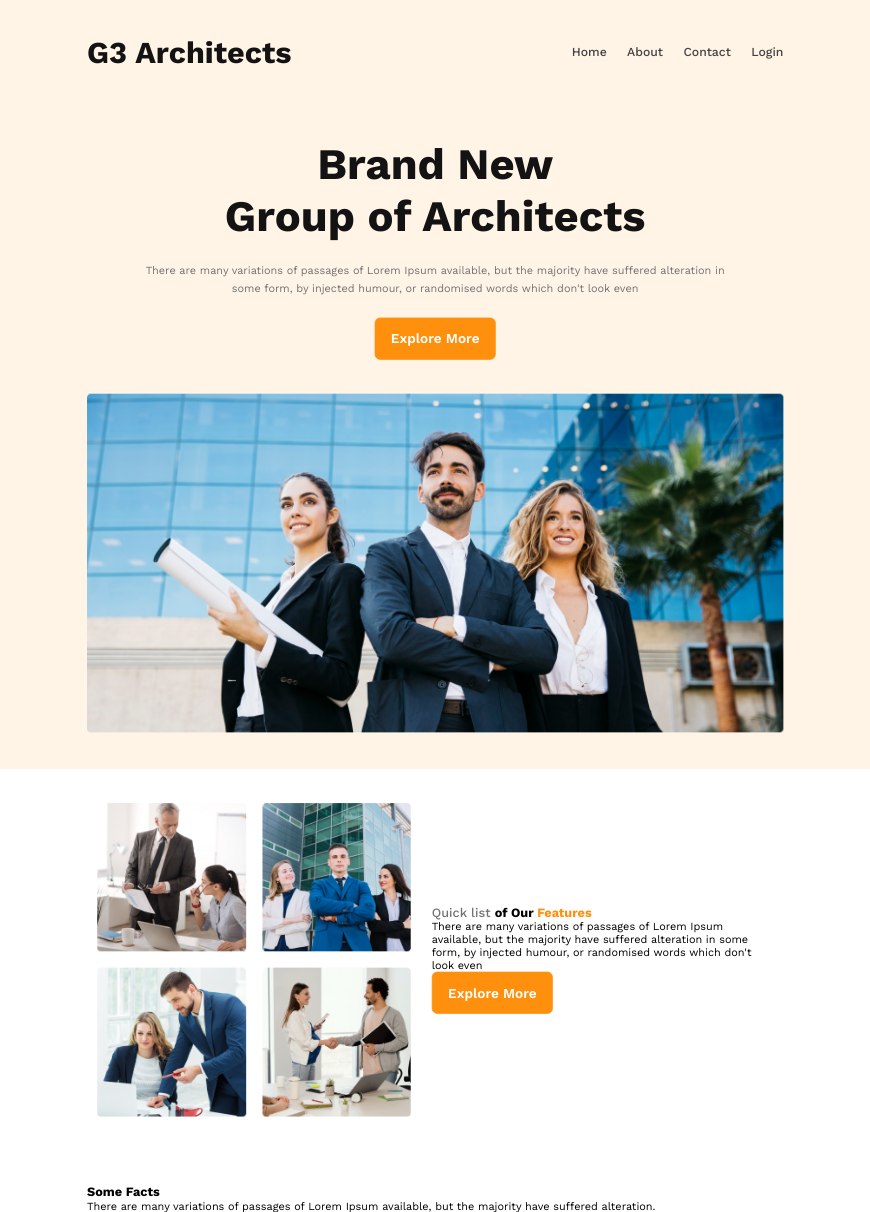
Repository: ShouravAhammed/G3-architects-webpage
Page: index.html
An editor plug-in stored every save of this project. The page is shown before and after the next save, followed by the edit.
The browser window is 1280 px wide. The pictures show the whole page, at 68% of full size.

Above is the page before, as saved 2024-01-13 01:27:11.

After the next save:
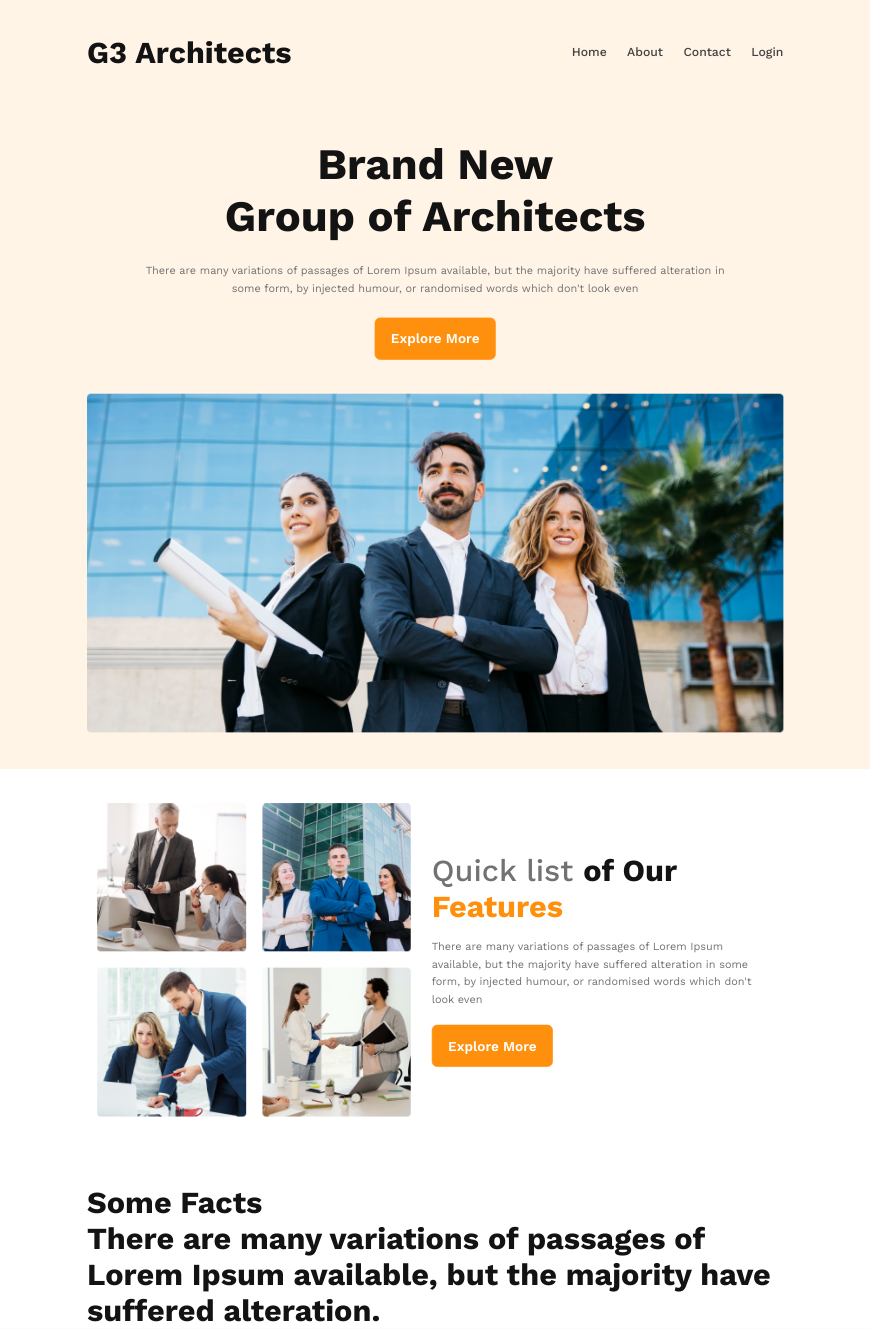
Saved 36 s later.
--- a/index.html
+++ b/index.html
@@ -42,8 +42,8 @@
                         <img src="images/team4.png" alt="team4-img">
                     </div>
                     <div class="team-text">
-                        <h3 class="team-title"> <span id="gray-font">Quick list </span>of Our <span id="yellow-font">Features</span></h3>
-                        <p class="team-description">There are many variations of passages of Lorem Ipsum available, but the majority have suffered alteration in some form, by injected humour, or randomised words which don't look even</p>
+                        <h3 class="primary-title"> <span id="gray-font">Quick list </span>of Our <span id="yellow-font">Features</span></h3>
+                        <p class="primary-description">There are many variations of passages of Lorem Ipsum available, but the majority have suffered alteration in some form, by injected humour, or randomised words which don't look even</p>
                         <button class="primary-btn">Explore More</button>
                     </div>
                 </div>
@@ -64,8 +64,8 @@
             <div class="container">
                 <div class="some-facts-container">
                     <div class="some-facts-text-content">
-                        <h3 class="team-title">Some Facts</h3>
-                    <p class="team-title">There are many variations of passages of Lorem Ipsum available, but the majority have suffered alteration.</p>
+                        <h3 class="primary-title">Some Facts</h3>
+                    <p class="primary-title">There are many variations of passages of Lorem Ipsum available, but the majority have suffered alteration.</p>
                     </div>
                 </div>
             </div>
